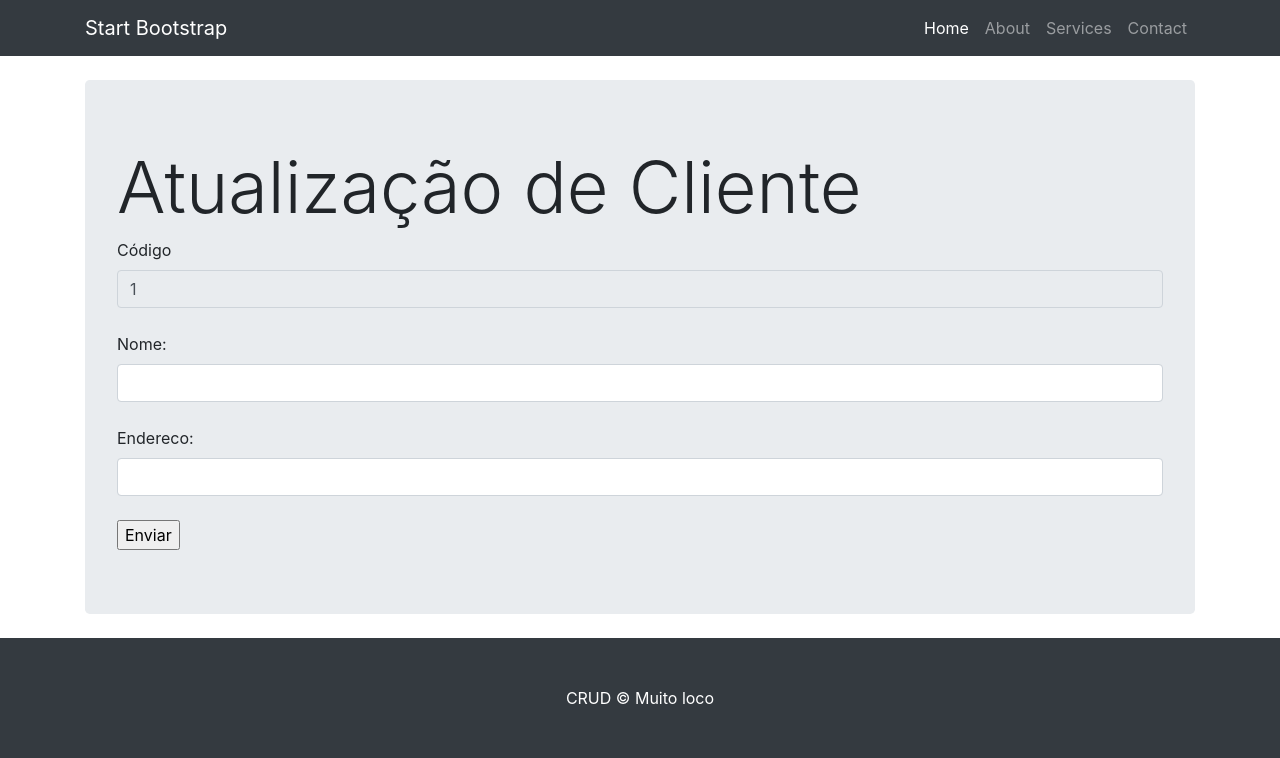
Repository: LucasMontalvao/PHPDACS2020
Page: http://localhost/projeto/site/clientpage.php?id=1
The author's editor kept a record of every edit. The page is drawn from the files as they stood at one moment, then again after the next edit.
The browser window is 1280 px wide. The pictures show the whole page.
The page is run by PHP 8.4 with error messages shown; the project is at /var/www/html/. Other server files are loaded and not shown.

Above is the page before.

### projeto/site/clientpage.php
<!DOCTYPE html>
  <?php
    $id = $_GET["id"];
  ?>
<html lang="en">

<head>

  <meta charset="utf-8">
  <meta name="viewport" content="width=device-width, initial-scale=1, shrink-to-fit=no">
  <meta name="description" content="">
  <meta name="author" content="">

  <title>Heroic Features - Start Bootstrap Template</title>

  <!-- Bootstrap core CSS -->
  <link href="vendor/bootstrap/css/bootstrap.min.css" rel="stylesheet">

  <!-- Custom styles for this template -->
  <link href="css/heroic-features.css" rel="stylesheet">

</head>

<body>


  <!-- Navigation -->
  <nav class="navbar navbar-expand-lg navbar-dark bg-dark fixed-top">
    <div class="container">
      <a class="navbar-brand" href="#">Start Bootstrap</a>
      <button class="navbar-toggler" type="button" data-toggle="collapse" data-target="#navbarResponsive" aria-controls="navbarResponsive" aria-expanded="false" aria-label="Toggle navigation">
        <span class="navbar-toggler-icon"></span>
      </button>
      <div class="collapse navbar-collapse" id="navbarResponsive">
        <ul class="navbar-nav ml-auto">
          <li class="nav-item active">
            <a class="nav-link" href="#">Home
              <span class="sr-only">(current)</span>
            </a>
          </li>
          <li class="nav-item">
            <a class="nav-link" href="#">About</a>
          </li>
          <li class="nav-item">
            <a class="nav-link" href="#">Services</a>
          </li>
          <li class="nav-item">
            <a class="nav-link" href="#">Contact</a>
          </li>
        </ul>
      </div>
    </div>
  </nav>

  <!-- Page Content -->
  <div class="container">

    <!-- Jumbotron Header -->
    <header class="jumbotron my-4">
      <h3 class="display-3">Atualização de Cliente</h3>
        <form method="POST" action="savecliente.php">
          <label>Código</label>
          <input type="text" class="form-control" name="codigo" value="<?php echo $id?>" disabled /></br>
        	<label>Nome:</label>
        	<input type="text" class="form-control" name="nome"/></br>
        	<label>Endereco:</label>
        	<input type="text" class="form-control" name="endereco"/></br>
        	<input type="submit" value="Enviar"/>
        </form>
    </header>
  </div>


  <!-- Footer -->
  <footer class="py-5 bg-dark">
    <div class="container">
      <p class="m-0 text-center text-white">CRUD &copy; Muito loco</p>
    </div>
    <!-- /.container -->
  </footer>

  <!-- Bootstrap core JavaScript -->
  <script src="vendor/jquery/jquery.min.js"></script>
  <script src="vendor/bootstrap/js/bootstrap.bundle.min.js"></script>

</body>

</html>

### projeto/site/css/heroic-features.css
/*!
 * Start Bootstrap - Heroic Features (https://startbootstrap.com/template-overviews/heroic-features)
 * Copyright 2013-2019 Start Bootstrap
 * Licensed under MIT (https://github.com/BlackrockDigital/startbootstrap-heroic-features/blob/master/LICENSE)
 */
body {
  padding-top: 56px;
}
.myButton {
	box-shadow:inset 0px 1px 3px 0px #141414;
	background:linear-gradient(to bottom, #ffffff 5%, #000000 100%);
	background-color:#ffffff;
	border-radius:5px;
	border:1px solid #000000;
	display:inline-block;
	cursor:pointer;
	color:#ffffff;
	font-family:Arial;
	font-size:15px;
	font-weight:bold;
	padding:11px 23px;
	text-decoration:none;
	text-shadow:0px -1px 0px #46615d;
}
.myButton:hover {
	background:linear-gradient(to bottom, #000000 5%, #ffffff 100%);
	background-color:#000000;
	text-decoration:none;
	color:#ffffff;
}
.myButton:active {
	position:relative;
	top:1px;
	text-decoration:none;
	color:#ffffff;
}

After the next edit:
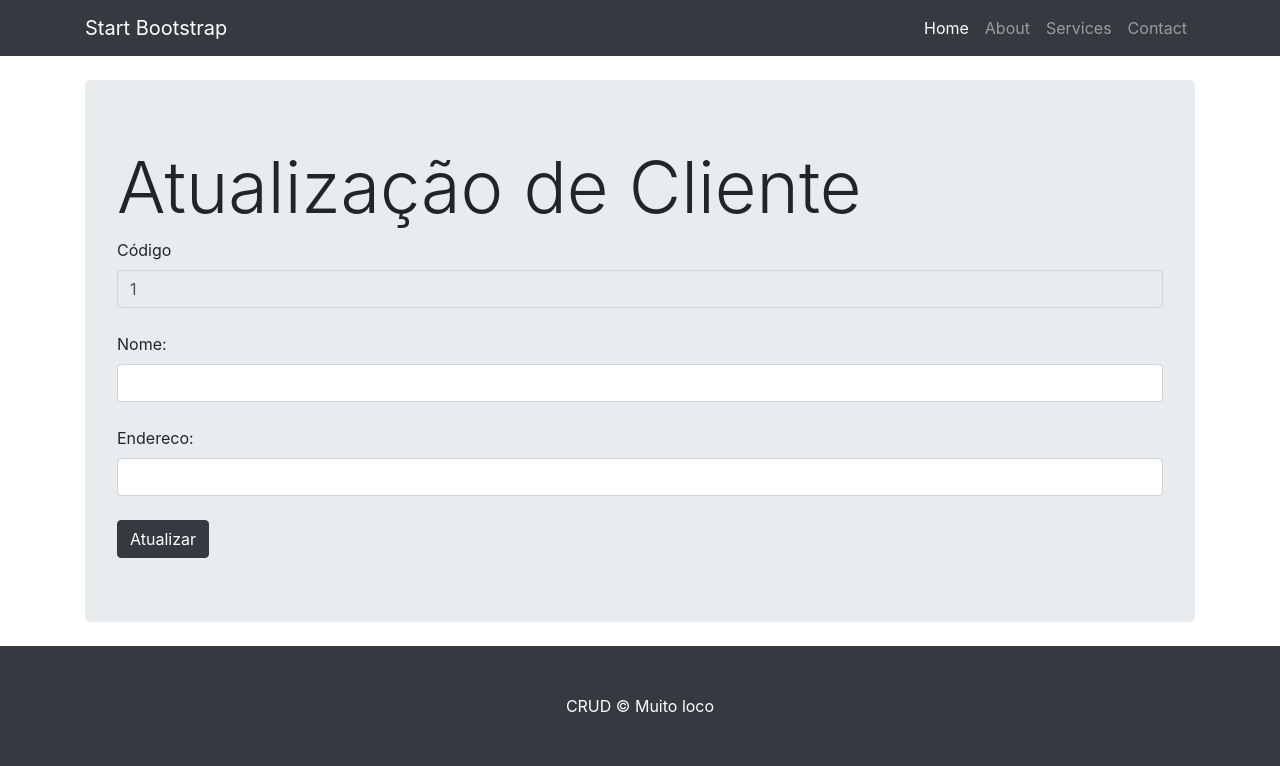
The edit:
--- a/projeto/site/clientpage.php
+++ b/projeto/site/clientpage.php
@@ -65,7 +65,7 @@
         	<input type="text" class="form-control" name="nome"/></br>
         	<label>Endereco:</label>
         	<input type="text" class="form-control" name="endereco"/></br>
-        	<input type="submit" value="Enviar"/>
+        	<input type="submit" value="Atualizar" class="btn btn-dark"/>
         </form>
     </header>
   </div>
